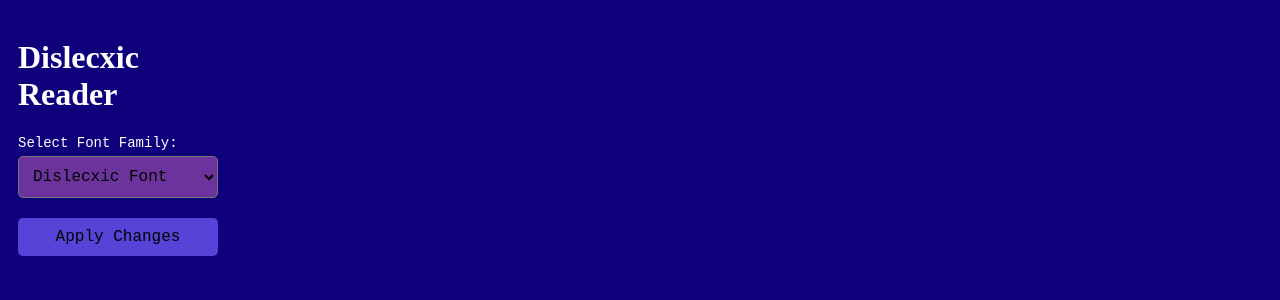
Repository: adatechschool/extension-navigateur-extension_walid_eliana_imelda
Page: Extention 3/popup.html
An editor plug-in stored every save of this project. The page is shown before and after the next save, followed by the edit.
The browser window is 1280 px wide. The pictures show the whole page.

Above is the page before, as saved 2024-01-12 16:06:16.

### Extention 3/popup.html
<!-- popup.html -->
<!DOCTYPE html>
<html>
<head>
  <link rel="stylesheet" type="text/css" href="popup.css">
  <script type="module" src="popup.js"></script>

  <link rel="preconnect" href="https://fonts.googleapis.com">
<link rel="preconnect" href="https://fonts.gstatic.com" crossorigin>
<link href="https://fonts.googleapis.com/css2?family=Montserrat:wght@400;700&display=swap" rel="stylesheet">

</head>
<body>
    <h1> Dislecxic Reader </h1>
  <label for="font-family">Select Font Family:</label>

  <select id="font-family">

    <option value="Montserrat">Dislecxic Font</option>

    <option value="Arial"> Lettres en Gras</option>

    <option value="Courier New"> Le deux</option>
    <!-- Add more font options as needed -->
  </select>

  <button id="apply-button">Apply Changes</button>
</body>
</html>

### Extention 3/popup.css
body {
    width: 200px;
    padding: 10px;
    background-color: #0f007c;
    border-radius: 5px;

  }

  label {
    font-family: monospace;
    display: block;
    margin-bottom: 5px;
    font-size: 14px;
   color : white;
  }

  select, button {
    width: 100%;
    margin-bottom: 20px;
    padding: 10px;
    font-size: 16px;
    background-color:#6c339c;
    border-radius: 5px;
    font-family: monospace;
  }

  button {
    background-color: #5544d7;
    border: 5px;
    cursor: pointer;
  }

  button:hover {
    background-color: #357ae8;
  }
  h1 {
    color:white;
  }

### Extention 3/popup.js
document.addEventListener('DOMContentLoaded', function() {
    var applyButton = document.getElementById('apply-button');
    var fontFamilySelect = document.getElementById('font-family');

    applyButton.addEventListener('click', function() {
      var selectedFontFamily = fontFamilySelect.value;
      chrome.tabs.query({ active: true, currentWindow: true }, function(tabs) {
        chrome.tabs.sendMessage(tabs[0].id, { action: 'applyChanges', selectedFontFamily: selectedFontFamily });
      });
    });
  });

After the next save:
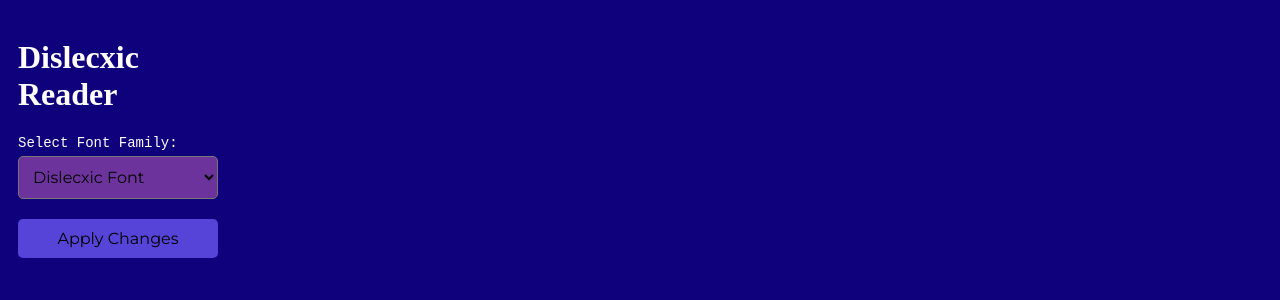
Saved 75 s later.
--- a/Extention 3/popup.css
+++ b/Extention 3/popup.css
@@ -21,7 +21,7 @@ body {
     font-size: 16px;
     background-color:#6c339c;
     border-radius: 5px;
-    font-family: monospace;
+    font-family: Montserrat;
   }
 
   button {
